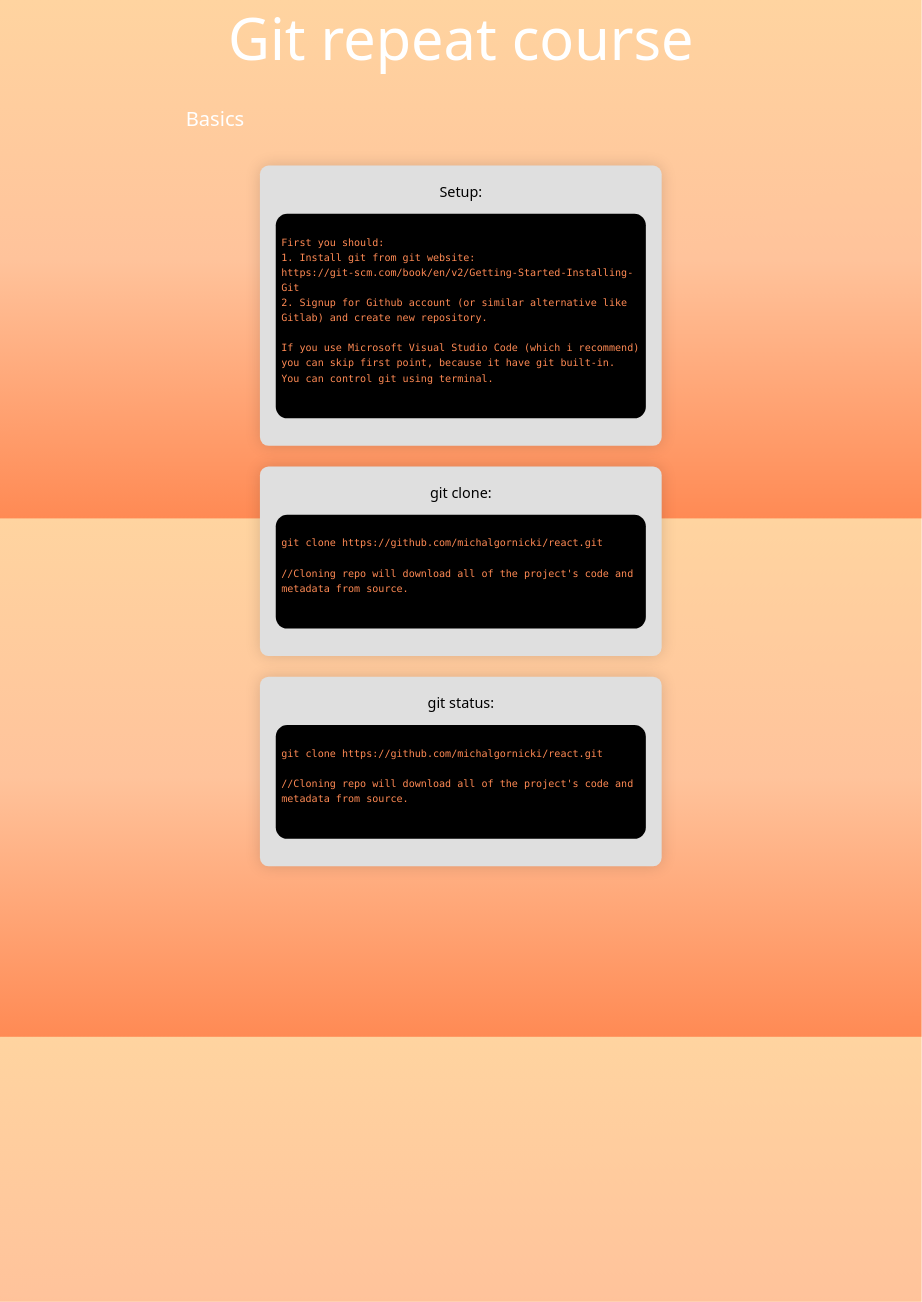
Repository: michalgornicki/git
Page: /
An editor plug-in stored every save of this project. The page is shown before and after the next save, followed by the edit.
The browser window is 1280 px wide. The pictures show the whole page, at 72% of full size.
Backgrounds fixed to the window are drawn as part of the page. The project was rebuilt for these pictures with package versions that can differ from the ones it lists, and the page was loaded fresh each time. Imported but missing from the stored project, and not drawn on this page: src/components/DOM manipulation.jsx, src/components/async.jsx, src/components/loops.jsx, src/components/numbers.jsx, src/components/variables.jsx, src/components/window.jsx.

Above is the page before, as saved 2022-02-10 07:58:58.

After the next save:
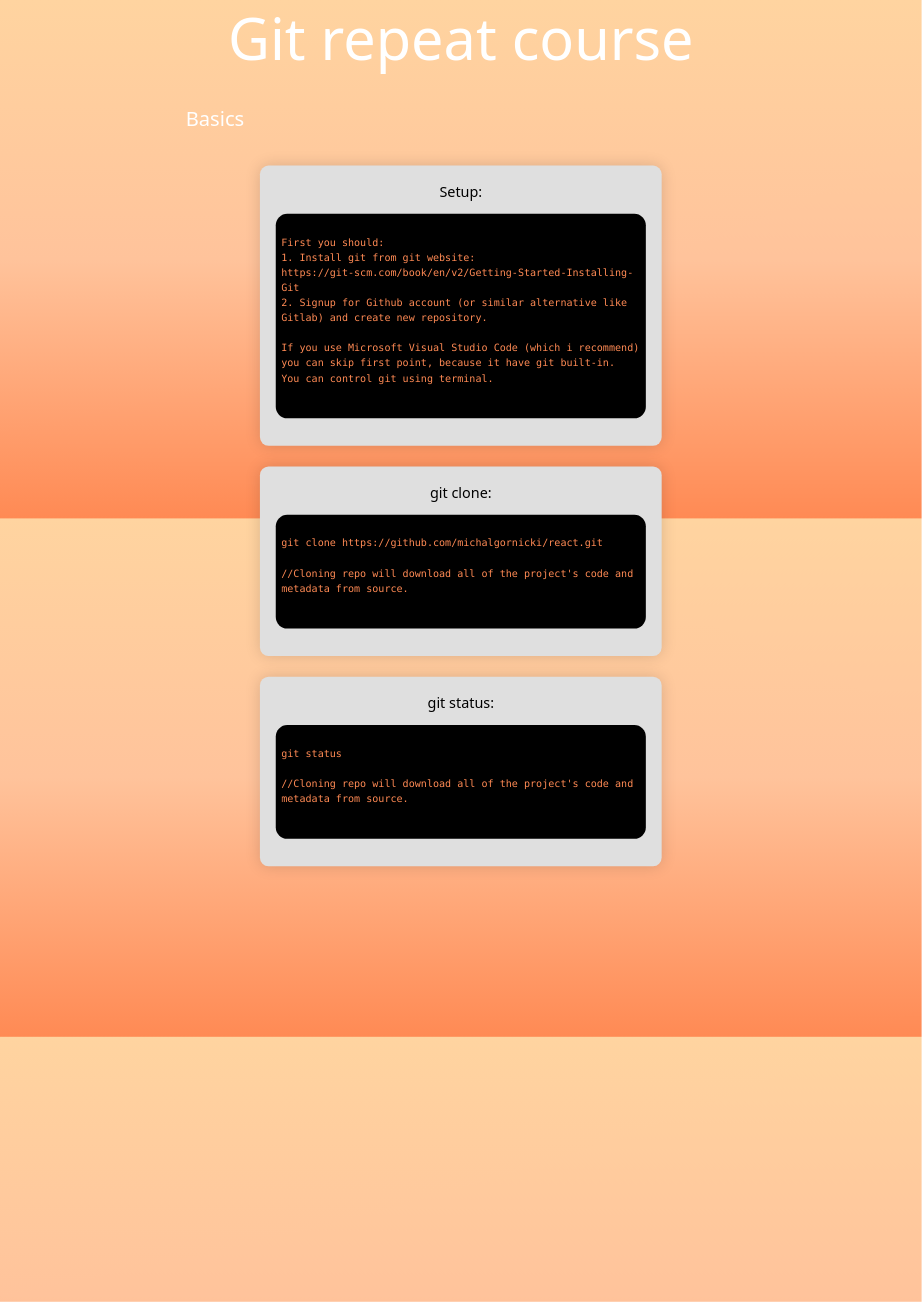
Saved 5 s later.
--- a/src/components/arrays.jsx
+++ b/src/components/arrays.jsx
@@ -34,7 +34,7 @@ git clone https://github.com/michalgornicki/react.git
         <div className="">git status: </div>
         <div className="text-pink">
           <pre>{`
-git clone https://github.com/michalgornicki/react.git
+git status
 
 //Cloning repo will download all of the project's code and metadata from source.
           `}</pre>
